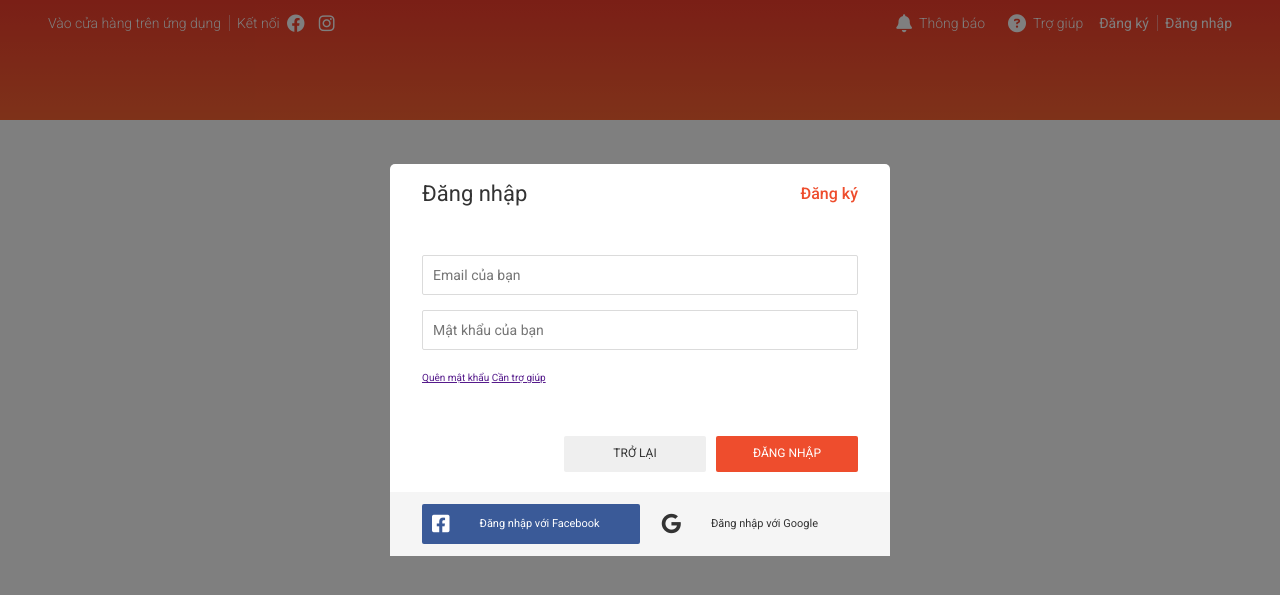
Repository: dptuyen1/F8-Tutorial
Page: index.html
These files come from the project's save history. The page is drawn as it stood at one moment and after the next save; the edit follows.
The browser window is 1280 px wide. The pictures show the whole page.

Above is the page before, as saved 2023-05-08 18:32:29.

### index.html
<!DOCTYPE html>
<html lang="en">
  <head>
    <meta charset="UTF-8" />
    <meta http-equiv="X-UA-Compatible" content="IE=edge" />
    <meta name="viewport" content="width=device-width, initial-scale=1.0" />
    <title>Document</title>
    <link
      rel="stylesheet"
      href="https://cdnjs.cloudflare.com/ajax/libs/normalize/8.0.1/normalize.min.css"
      integrity="sha512-NhSC1YmyruXifcj/KFRWoC561YpHpc5Jtzgvbuzx5VozKpWvQ+4nXhPdFgmx8xqexRcpAglTj9sIBWINXa8x5w=="
      crossorigin="anonymous"
      referrerpolicy="no-referrer"
    />
    <link rel="stylesheet" href="assets/css/base.css" />
    <link rel="stylesheet" href="assets/css/main.css" />
    <link
      rel="stylesheet"
      href="assets/fonts/fontawesome-free-6.4.0-web/css/all.min.css"
    />
    <link rel="preconnect" href="https://fonts.googleapis.com" />
    <link rel="preconnect" href="https://fonts.gstatic.com" crossorigin />
    <link
      href="https://fonts.googleapis.com/css2?family=Roboto:wght@300;400;500;700&display=swap"
      rel="stylesheet"
    />
  </head>

  <body>
    <div class="app">
      <header class="header">
        <div class="grid">
          <nav class="header__navbar">
            <ul class="header__navbar-list">
              <li
                class="header__navbar-item header__navbar-item-has-qr header__navbar-item-separate"
              >
                Vào cửa hàng trên ứng dụng
                <div class="header__qr">
                  <img
                    src="assets/img/qr_code.png"
                    alt="QR Cođe"
                    class="header__qr-img"
                  />
                  <div class="header__qr-apps">
                    <a href="" class="header__qr-link">
                      <img
                        src="assets/img/google_play.png"
                        alt="Google Play"
                        class="header__qr-download-img"
                      />
                    </a>
                    <a href="" class="header__qr-link">
                      <img
                        src="assets/img/app_store.png"
                        alt="App Store"
                        class="header__qr-download-img"
                      />
                    </a>
                  </div>
                </div>
              </li>
              <li class="header__navbar-item">
                <span class="header__navbar-title-no-pointer">Kết nối</span>
                <a href="" class="header__navbar-icon-link">
                  <i class="header__navbar-icon fa-brands fa-facebook"></i>
                </a>
                <a href="" class="header__navbar-icon-link">
                  <i class="header__navbar-icon fa-brands fa-instagram"></i>
                </a>
              </li>
            </ul>
            <ul class="header__navbar-list">
              <li class="header__navbar-item header__navbar-item--has-notify">
                <a href="" class="header__navbar-item-link">
                  <a href="" class="header__navbar-icon-link">
                    <i class="header__navbar-icon fa-solid fa-bell"></i> </a
                  >Thông báo
                </a>
                <div class="header__notify">
                  <header class="header__notify-header">
                    <h3>Thông báo mới nhận</h3>
                  </header>
                  <ul class="header__notify-list">
                    <li class="header__notify-item">
                      <a href="" class="header_notify-link">
                        <img
                          src="assets/img/comestic.jpg"
                          alt=""
                          class="header__notify-img"
                        />
                        <div class="header__notify-info">
                          <span class="header_notify-name"
                            >Mỹ phẩm Ohui chính hãng</span
                          >
                          <span class="header__notify-description"
                            >Mô tả mỹ tả Ohui chính hãng</span
                          >
                        </div>
                      </a>
                    </li>
                    <li class="header__notify-item header__notify-item--read">
                      <a href="" class="header_notify-link">
                        <img
                          src="assets/img/comestic.jpg"
                          alt=""
                          class="header__notify-img"
                        />
                        <div class="header__notify-info">
                          <span class="header_notify-name"
                            >Mỹ phẩm Ohui chính hãng</span
                          >
                          <span class="header__notify-description"
                            >Mô tả mỹ tả Ohui chính hãng</span
                          >
                        </div>
                      </a>
                    </li>
                    <li class="header__notify-item">
                      <a href="" class="header_notify-link">
                        <img
                          src="assets/img/comestic.jpg"
                          alt=""
                          class="header__notify-img"
                        />
                        <div class="header__notify-info">
                          <span class="header_notify-name"
                            >Mỹ phẩm Ohui chính hãng</span
                          >
                          <span class="header__notify-description"
                            >Mô tả mỹ tả Ohui chính hãng</span
                          >
                        </div>
                      </a>
                    </li>
                  </ul>
                  <footer class="header__notify-footer">
                    <a href="" class="header__notify-footer-btn">Xem tất cả</a>
                  </footer>
                </div>
              </li>
              <li class="header__navbar-item">
                <a href="" class="header__navbar-item-link">
                  <a href="" class="header__navbar-icon-link">
                    <i
                      class="header__navbar-icon fa-solid fa-circle-question"
                    ></i></a
                  >Trợ giúp
                </a>
              </li>
              <li
                class="header__navbar-item header__navbar-item-bold header__navbar-item-separate"
              >
                Đăng ký
              </li>
              <li class="header__navbar-item header__navbar-item-bold">
                Đăng nhập
              </li>
            </ul>
          </nav>
        </div>
      </header>

      <div class="container"></div>

      <footer class="footer"></footer>
    </div>

    <!-- Modal layout -->
    <div class="modal">
      <div class="modal__overlay"></div>
      <div class="modal__body">
        <div class="modal__inner"></div>

        <!-- Authenticated Form -->

        <!-- Register Form -->
        <!-- <form class="auth-form">
          <div class="auth-form__container">
            <div class="auth-form__header">
              <h3 class="auth_form__heading">Đăng ký</h3>
              <span class="auth_form__switch-btn">Đăng nhập</span>
            </div>
            <div class="auth-form__form">
              <div class="auth-form__group">
                <input
                  type="text"
                  class="auth-form__input"
                  placeholder="Email của bạn"
                />
              </div>
              <div class="auth-form__group">
                <input
                  type="password"
                  class="auth-form__input"
                  placeholder="Mật khẩu của bạn"
                />
              </div>
              <div class="auth-form__group">
                <input
                  type="password"
                  class="auth-form__input"
                  placeholder="Nhập lại mật khẩu"
                />
              </div>
            </div>
            <div class="auth-form__aside">
              <p>
                Lorem ipsum dolor sit amet consectetur adipisicing elit. Natus,
                animi. Provident hic eos, dicta, beatae nulla numquam sunt
                sapiente excepturi repudiandae fuga ex neque odit explicabo
                maxime porro commodi nostrum.
              </p>
            </div>
            <div class="auth-form__controls">
              <button class="btn btn--back">TRỞ LẠI</button>
              <button class="btn btn--primary">ĐĂNG KÝ</button>
            </div>
          </div>

          <div class="auth-form__socials">
            <a
              href=""
              class="auth-form__socials--facebook btn btn--size-s btn--with-icon"
            >
              <i
                class="auth-form_socials-icon fa-brands fa-square-facebook"
              ></i>
              <span class="auth-form__socials-label">Kết nối với Facebook</span>
            </a>
            <a
              href=""
              class="auth-form__socials--google btn btn--size-s btn--with-icon"
            >
              <i class="auth-form_socials-icon fa-brands fa-google"></i>
              <span class="auth-form__socials-label">Kết nối với Google</span>
            </a>
          </div>
        </form> -->

        <!-- Login Form -->
        <form class="auth-form">
          <div class="auth-form__container">
            <div class="auth-form__header">
              <h3 class="auth_form__heading">Đăng nhập</h3>
              <span class="auth_form__switch-btn">Đăng ký</span>
            </div>
            <div class="auth-form__form">
              <div class="auth-form__group">
                <input
                  type="text"
                  class="auth-form__input"
                  placeholder="Email của bạn"
                />
              </div>
              <div class="auth-form__group">
                <input
                  type="password"
                  class="auth-form__input"
                  placeholder="Mật khẩu của bạn"
                />
              </div>
            </div>

            <div class="auth-form__aside">
              <div class="auth-form__help">
                <a href="" class="auth-form__help-link">Quên mật khẩu</a>
                <a href="" class="auth-form__help-link">Cần trợ giúp</a>
              </div>
            </div>

            <div class="auth-form__controls">
              <button class="btn btn--back">TRỞ LẠI</button>
              <button class="btn btn--primary">ĐĂNG NHẬP</button>
            </div>
          </div>
          <div class="auth-form__socials">
            <a
              href=""
              class="auth-form__socials--facebook btn btn--size-s btn--with-icon"
            >
              <i
                class="auth-form_socials-icon fa-brands fa-square-facebook"
              ></i>
              <span class="auth-form__socials-label" style="font-size: 11px"
                >Đăng nhập với Facebook</span
              >
            </a>
            <a
              href=""
              class="auth-form__socials--google btn btn--size-s btn--with-icon"
            >
              <i class="auth-form_socials-icon fa-brands fa-google"></i>
              <span class="auth-form__socials-label" style="font-size: 11px"
                >Đăng nhập với Google</span
              >
            </a>
          </div>
        </form>
      </div>
    </div>
  </body>
</html>

### assets/css/base.css
:root {
  --primary-color: #ee4d2d;
  --white-color: #fff;
  --black-color: #000;
  --text-color: #333;
  --border-color: #dbdbdb;
}

* {
  box-sizing: inherit;
}

html {
  font-size: 62.5%;
  line-height: 1.6rem;
  font-family: "Roboto", sans-serif;
  box-sizing: border-box;
}

.grid {
  width: 1200px;
  max-width: 100%;
  /* căn giữa */
  margin: 0 auto;
}

.grid__full-width {
  width: 100%;
}

.grid__row {
  display: flex;
  flex-wrap: wrap;
}

/* Modal */
.modal {
  position: fixed;
  top: 0;
  right: 0;
  bottom: 0;
  left: 0;
  display: flex;
}

.modal__overlay {
  position: absolute;
  width: 100%;
  height: 100%;
  background-color: rgba(0, 0, 0, 0.5);
}

.modal__body {
  background-color: var(--white-color);
  margin: auto;
  position: relative;
  z-index: 1;
  border-radius: 5px;
}

.modal__inner {
}

/* Button style */
.btn {
  min-width: 142px;
  height: 36px;
  text-decoration: none;
  border: none;
  border-radius: 2px;
  cursor: pointer;
  padding: 0;
  font-size: 1.2rem;
  color: var(--text-color);
  display: flex;
  justify-content: center;
  align-items: center;
}

.btn:hover {
  background-color: rgba(0, 0, 0, 0.2);
}

.btn.btn--size-s {
  height: 40px;
  font-size: 1.2rem;
  padding: 0 10px;
}

.btn.btn--primary {
  color: var(--white-color);
  background-color: var(--primary-color);
}

.btn.btn--disabled {
  color: #ccc;
  cursor: default;
  background-color: #999;
}

/* Animation */
@keyframes fadeIn {
  from {
    opacity: 0;
  }

  to {
    opacity: 1;
  }
}

@keyframes notifyGrowth {
  from {
    opacity: 0;
    transform: scale(0);
  }

  to {
    opacity: 1;
    transform: scale(1);
  }
}

### assets/css/main.css
.header {
  height: 120px;
  background-image: linear-gradient(0, #fe6433, #f53e2d);
}

.header__navbar {
  display: flex;
  justify-content: space-between;
}

.header__navbar-list {
  list-style: none;
  padding-left: 0;
}

.header__navbar-item {
  margin: 0 8px;
  position: relative;
  min-height: 26px;
}

.header__navbar-item-has-qr:hover .header__qr {
  display: block;
}

.header__navbar-item,
.header__navbar-item-link {
  display: inline-block;
  font-size: 1.4rem;
  color: var(--white-color);
  text-decoration: none;
  font-weight: 300;
}

.header__navbar-list,
.header__navbar-item,
.header__navbar-item-link,
.header__navbar-icon-link {
  display: inline-flex;
  align-items: center;
}

.header__navbar-item:hover,
.header__navbar-item-link:hover,
.header__navbar-icon-link:hover {
  color: rgba(255, 255, 255, 0.5);
  cursor: pointer;
}

.header__navbar-item--has-notify:hover .header__notify {
  display: block;
}

.header__navbar-item-bold {
  font-weight: 400;
}

.header__navbar-item-separate::after {
  content: "";
  display: block;
  position: absolute;
  border-left: 1px solid #fb9086;
  height: 16px;
  right: -9px;
  top: 50%;
  transform: translateY(-50%);
}

.header__navbar-icon-link {
  color: var(--white-color);
  text-decoration: none;
}

.header__navbar-icon {
  font-size: 1.8rem;
  margin: 0 7px;
}

.header__navbar-title-no-pointer {
  cursor: text;
  color: var(--white-color);
}

/* Header QR Code  */
.header__qr {
  width: 185px;
  background-color: var(--white-color);
  position: absolute;
  left: 0;
  /* cao bằng thẻ chứa nó */
  top: 150%;
  padding: 8px;
  border-radius: 2px;
  display: none;
  animation: fadeIn ease-in 0.5s;
}

.header__qr::before {
  content: "";
  display: block;
  position: absolute;
  width: 100%;
  height: 20px;
  left: 0;
  top: -20px;
}

.header__qr-img {
  width: 100%;
}

.header__qr-apps {
  display: flex;
  justify-content: space-between;
}

.header__qr-link:first-child {
  margin-left: 11px;
}

.header__qr-link:last-child {
  margin-right: 11px;
}

.header__qr-download-img {
  height: 15px;
}

/* Header notification */

.header__notify {
  position: absolute;
  top: 150%;
  right: 0;
  width: 405px;
  background-color: var(--white-color);
  border: 1px solid #d3d3d3;
  border-radius: 2px;
  cursor: default;
  transform-origin: top right;
  display: none;
  animation: notifyGrowth ease-in 0.5s;
}

.header__notify::before {
  content: "";
  border-width: 20px 30px;
  border-style: solid;
  border-color: transparent transparent var(--white-color) transparent;
  position: absolute;
  right: 0;
  top: -30px;
}

.header__notify::after {
  content: "";
  display: block;
  position: absolute;
  right: 0;
  top: -20px;
  width: 100%;
  height: 20px;
}

.header__notify-header {
  height: 40px;
  background-color: var(--white-color);
}

.header__notify-header h3 {
  color: #999;
  margin: 0 0 0 12px;
  font-weight: 400;
  font-size: 1.4rem;
  line-height: 40px;
}

.header__notify-list {
  padding-left: 0;
}

.header__notify-item {
  display: flex;
}

.header__notify-item:hover {
  background-color: #f7f7f7;
}

.header__notify-item--read {
  background-color: rgba(238, 77, 45, 0.2);
}

.header_notify-link {
  width: 100%;
  display: flex;
  padding: 12px;
  text-decoration: none;
}

.header__notify-img {
  width: 50px;
  object-fit: contain;
}

.header__notify-info {
  margin-left: 12px;
}

.header_notify-name {
  display: block;
  font-size: 1.4rem;
  color: var(--black-color);
  font-weight: 400;
}

.header__notify-description {
  display: block;
  font-size: 1.2rem;
  line-height: 2rem;
  color: #756f6e;
  margin-top: 10px;
}

.header__notify-footer {
  display: flex;
}

.header__notify-footer-btn {
  text-decoration: none;
  color: var(--text-color);
  margin: 0 auto;
  padding: 10px;
  font-size: 1.4rem;
  font-weight: 400;
}

/* Authenticated modal */
.auth-form {
  width: 500px;
}

.auth-form__container {
  padding: 0 32px;
}

.auth-form__header {
  display: flex;
  align-items: center;
  justify-content: space-between;
}

.auth_form__heading {
  font-size: 2.2rem;
  font-weight: 400;
  color: var(--text-color);
}

.auth_form__switch-btn {
  font-size: 1.6rem;
  color: var(--primary-color);
  font-weight: 500;
  cursor: pointer;
}

.auth-form__form {
  margin-top: 16px;
}

.auth-form__input {
  width: 100%;
  height: 40px;
  margin-top: 15px;
  padding: 0 10px;
  font-size: 1.4rem;
  border: 1px solid var(--border-color);
  border-radius: 2px;
  outline: none;
}

.auth-form__input:focus {
  border-color: #777;
}

.auth-form__aside {
  margin-top: 20px;
}

.auth-form__aside p {
  font-size: 1.2rem;
  line-height: 1.8rem;
  text-align: center;
}

.auth-form__controls {
  margin-top: 50px;
  margin-bottom: 20px;
  display: flex;
  justify-content: flex-end;
}

.btn--back {
  margin-right: 10px;
}

.auth-form__socials {
  background-color: #f5f5f5;
  padding: 12px 32px;
  display: flex;
  justify-content: space-between;
}

.auth-form_socials-icon {
  font-size: 2rem;
}

.auth-form__socials--facebook {
  color: var(--white-color);
  background-color: #3a5a98;
}

.auth-form__socials--facebook .auth-form_socials-icon {
  color: var(--white-color);
}

.auth-form__socials-label {
  margin: 0 30px;
}

Loaded but not shown: assets/fonts/fontawesome-free-6.4.0-web/css/all.min.css (library)

After the next save:
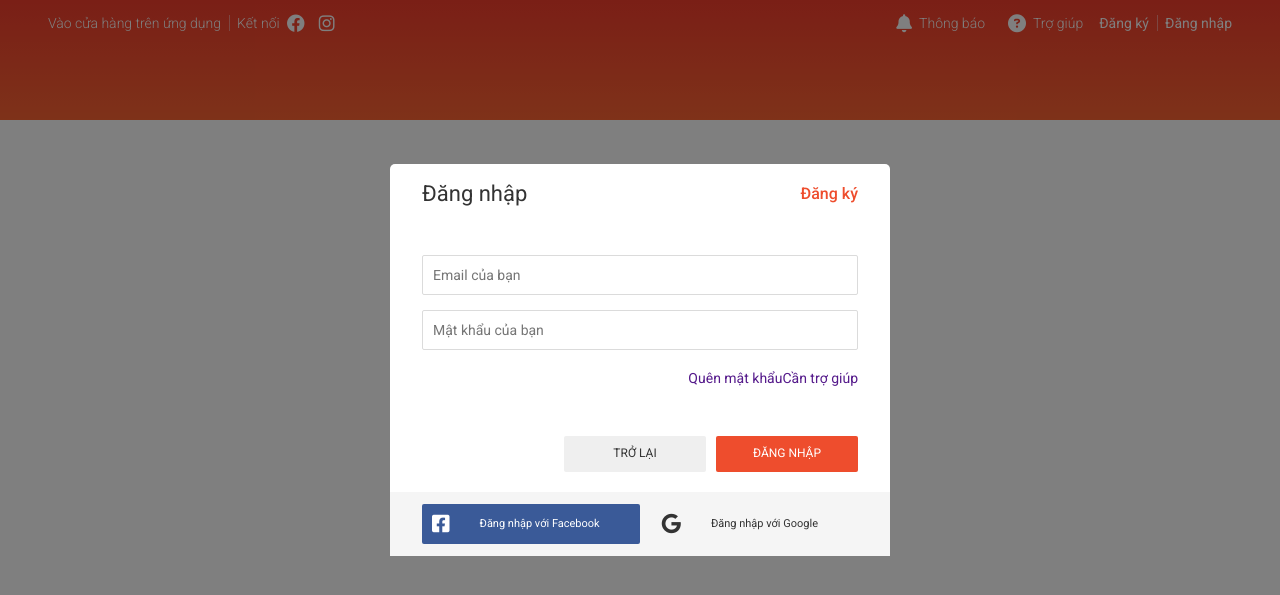
Saved 18 s later.
--- a/assets/css/main.css
+++ b/assets/css/main.css
@@ -326,3 +326,13 @@
 .auth-form__socials-label {
   margin: 0 30px;
 }
+
+.auth-form__help {
+  display: flex;
+  justify-content: flex-end;
+}
+
+.auth-form__help-link {
+  font-size: 1.4rem;
+  text-decoration: none;
+}
